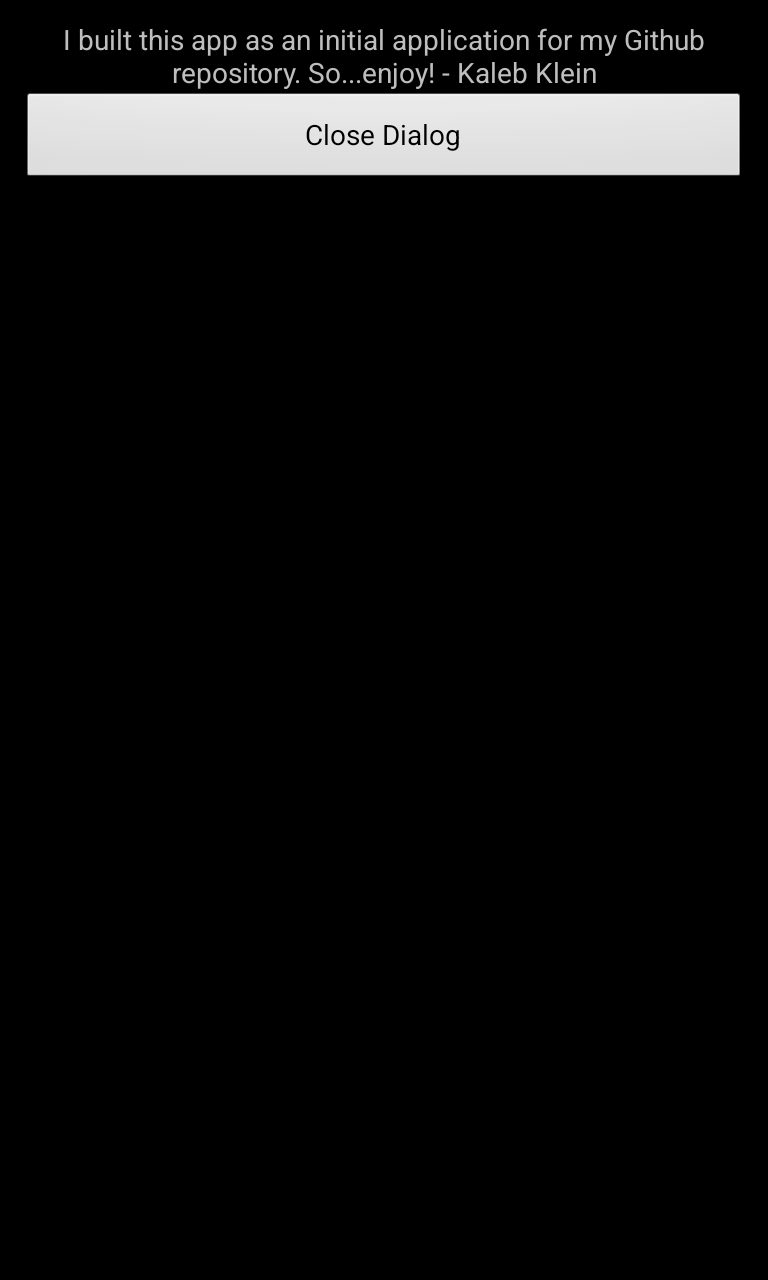
Repository: pazuzu156/KKAndroid
Layout: InitialRepoApp/res/layout/about.xml
These files come from the project's save history. The layout is drawn as it stood at one moment and after the next save; the edit follows.
It is drawn on a 768 x 1280 px phone screen (xhdpi) without system bars, with theme android:Theme; the app's code is not run.

Above is the layout before, as saved 2012-06-17 06:03:49.

After the next save:
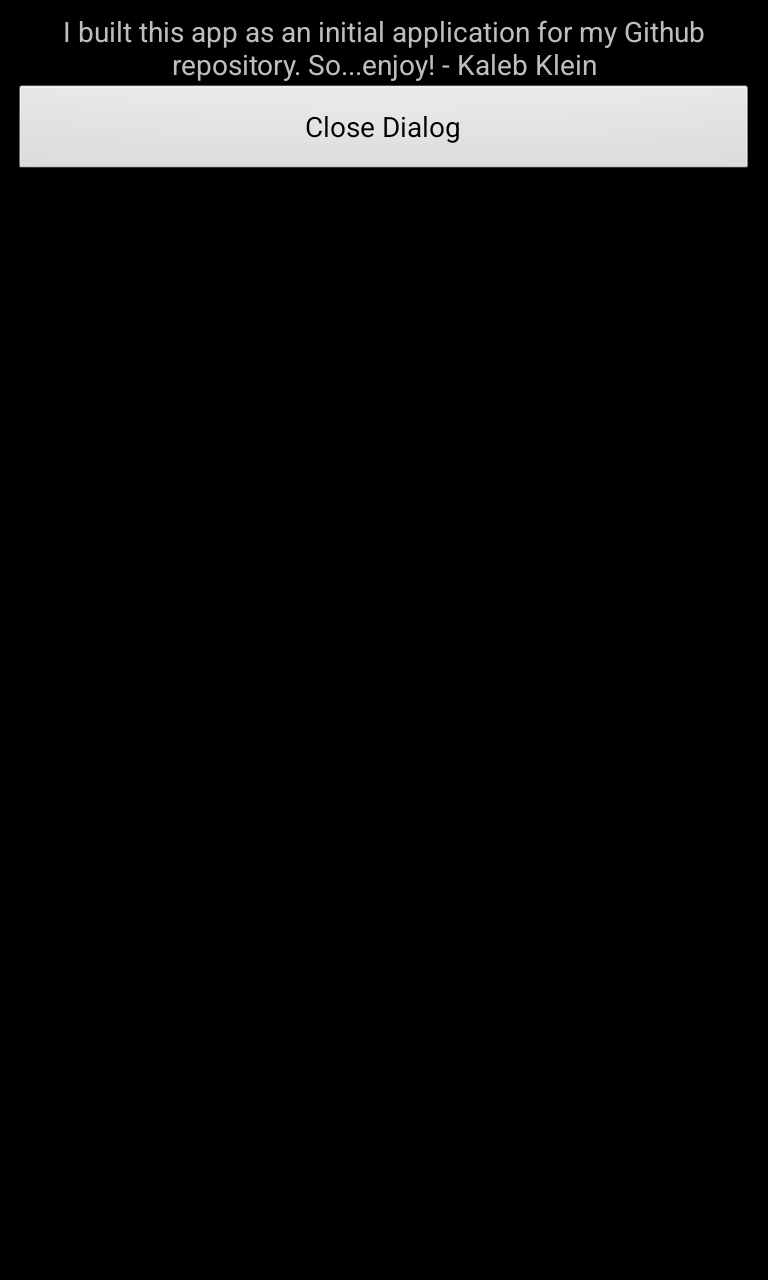
Saved 10 s later.
--- a/InitialRepoApp/res/layout/about.xml
+++ b/InitialRepoApp/res/layout/about.xml
@@ -3,7 +3,7 @@
     android:layout_width="match_parent"
     android:layout_height="match_parent"
     android:orientation="vertical"
-    android:padding="10dp" >
+    android:padding="6dp" >
 
     <TextView
         android:id="@+id/textView1"
